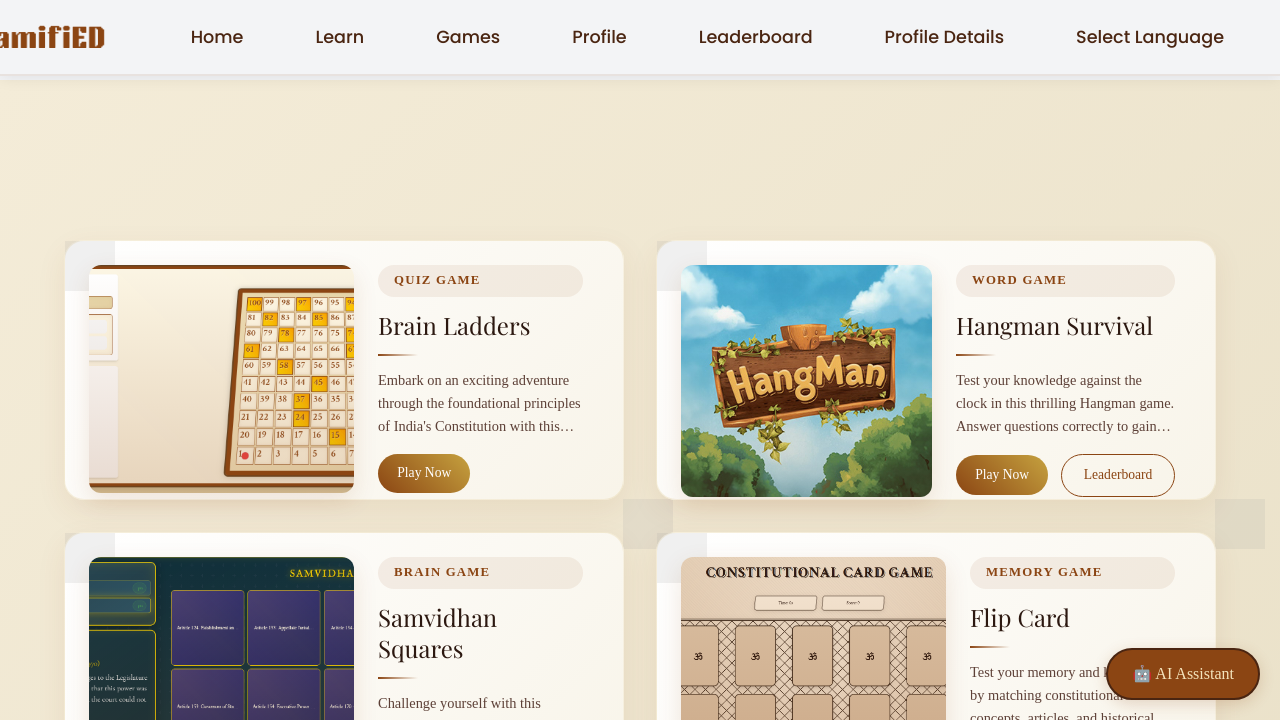
Repository: Team-4i/iks
Page: users/templates/users/game_library.html
These files come from the project's save history. The page is drawn as it stood at one moment and after the next save; the edit follows.
The browser window is 1280 px wide. The pictures show the whole page.
Pictures or frames that could not be fetched are drawn as grey boxes. An inner scrolling area shows only its first screen. Some web fonts or font styles are not loaded; a fallback is used. Some web libraries are served in a nearby version. The template is drawn by Django 5.2. The application's start-up code is not run. The template is opened directly, without the code that normally fills it, so the values that code supplies are empty.

Above is the page before, as saved 2025-04-18 23:27:34.

After the next save:
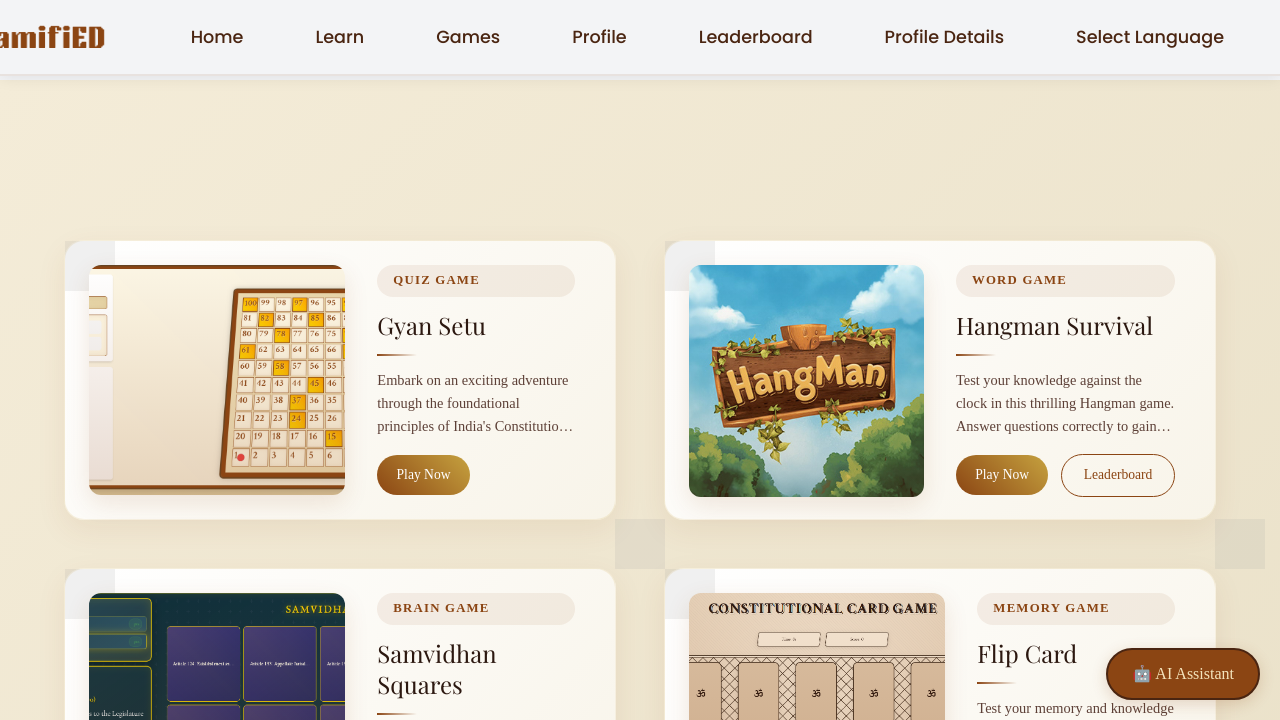
Saved 15 s later.
--- a/users/templates/users/game_library.html
+++ b/users/templates/users/game_library.html
@@ -21,12 +21,25 @@
 
     .game-grid {
         display: grid;
-        grid-template-columns: repeat(auto-fit, minmax(500px, 1fr));
-        gap: 2rem;
+        grid-template-columns: repeat(2, 1fr);
+        gap: 3rem;
         width: 100%;
-        max-width: 1600px;
+        max-width: 1500px;
         margin: 0 auto;
         padding-bottom: 80px;
+    }
+
+    .game-card {
+        display: grid;
+        grid-template-columns: 1.2fr 1fr;
+        gap: 2rem;
+        background: linear-gradient(135deg, #FFFFFF 0%, #F8F4E9 100%);
+        border-radius: 20px;
+        padding: 1.5rem;
+        position: relative;
+        height: 280px;
+        border: 1px solid rgba(198, 162, 63, 0.15);
+        box-shadow: 0 10px 30px rgba(139, 69, 19, 0.08);
     }
 
     .scroll-decoration {
@@ -34,9 +47,32 @@
         height: 40px;
     }
 
+    @media (max-width: 1200px) {
+        .game-card {
+            height: 260px;
+            gap: 1.5rem;
+        }
+    }
+
+    @media (max-width: 992px) {
+        .game-grid {
+            gap: 2rem;
+        }
+    }
+
     @media (max-width: 768px) {
         .game-grid {
             grid-template-columns: 1fr;
+            max-width: 600px;
+        }
+
+        .game-card {
+            grid-template-columns: 1fr;
+            height: auto;
+        }
+
+        .game-image {
+            height: 220px;
         }
     }
 </style>
@@ -54,7 +90,7 @@
             </div>
             <div class="game-content">
                 <span class="game-type">Quiz Game</span>
-                <h3>Brain Ladders</h3>
+                <h3>Gyan Setu</h3>
                 <div class="decorative-line"></div>
                 <p>Embark on an exciting adventure through the foundational principles of India's Constitution with this unique twist on the classic Snake and Ladder game.</p>
 
